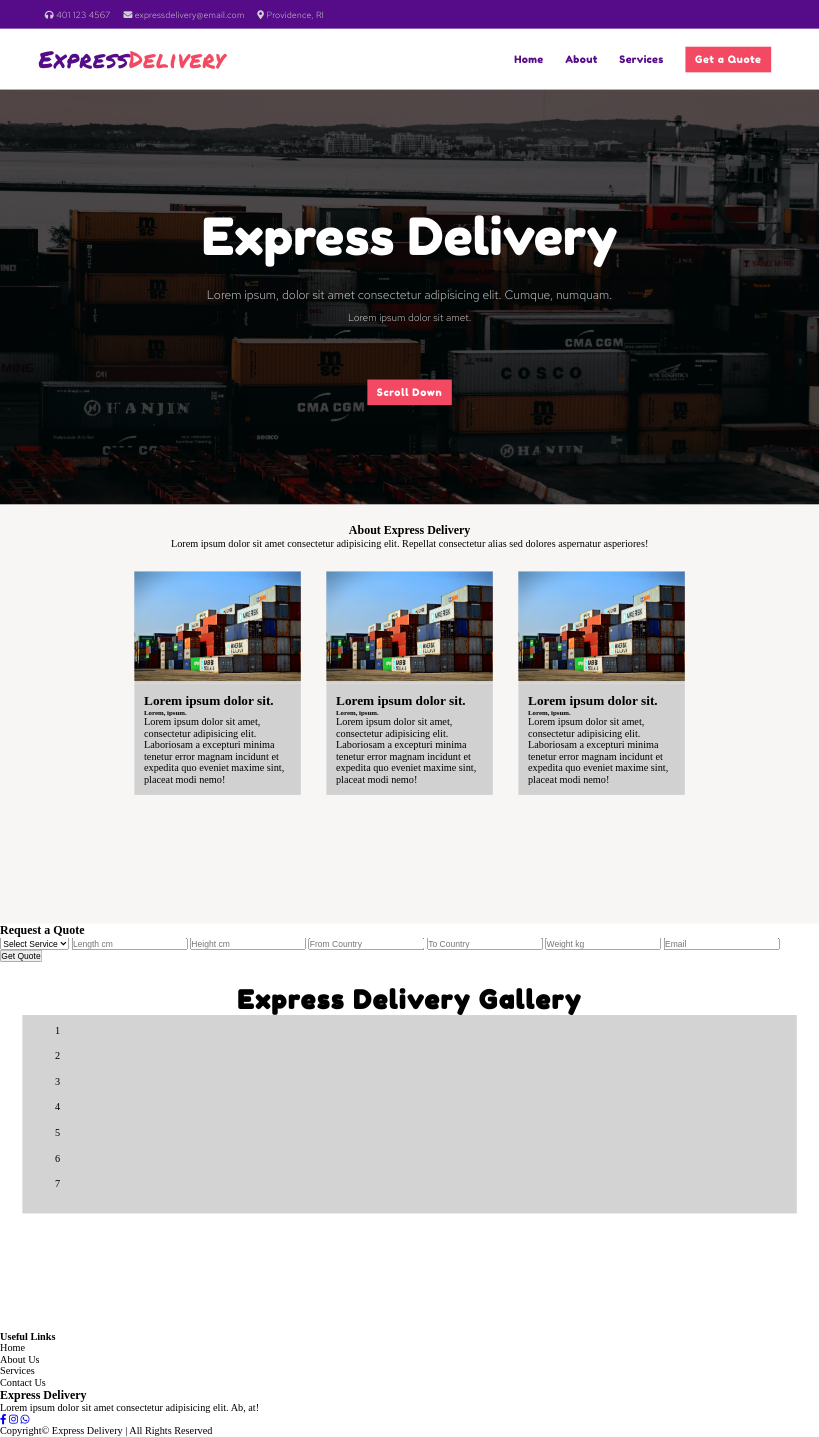
Repository: just-mann/express-delivery
Page: index.html
An editor plug-in stored every save of this project. The page is shown before and after the next save, followed by the edit.
The browser window is 1280 px wide. The pictures show the whole page, at 64% of full size.
The style sheet was rebuilt from its Sass, Less or Tailwind sources for each picture, by a compiler version that may differ from the author's.

Above is the page before, as saved 2021-06-30 14:52:41.

### index.html
<!DOCTYPE html>
<html lang="en">
<head>
    <meta charset="UTF-8">
    <meta http-equiv="X-UA-Compatible" content="IE=edge">
    <meta name="viewport" content="width=device-width, initial-scale=1.0">
    <meta name="author" content="Justin Kollie">
    <meta name="description" content="Reliable shipping solutions across the U.S.">
    <link rel="stylesheet" href="/css/style.css">
    <link rel="stylesheet" href="https://cdnjs.cloudflare.com/ajax/libs/font-awesome/5.15.3/css/all.min.css" referrerpolicy="no-referrer" />
    <title>Express Delivery | Your trusted delivery system</title>
</head>
<body id="top">
    <header>
        <div class="top-section">
            <p><i class="fas fa-headphones"></i> 401 123 4567</p>
            <p class="emailAdd"><i class="fas fa-envelope"></i> expressdelivery@email.com</p>
            <p><i class="fas fa-map-marker-alt"></i> Providence, RI</p>
        </div>
        <nav>
            <a href="#" class="logo"><span>Express</span>Delivery</a>
            <div class="nav__links">
                <a href="#">Home</a>
                <a href="#">About</a>
                <a href="#">Services</a>
                <a class="quoteGet" href="#contact-us">Get a Quote</a>
            </div>
        </nav>
        <section class="hero__div">
            <div class="hero__section">
                <div class="hero__overlay">
                    <h2>Express Delivery</h2>
                    <p class="firstPara">Lorem ipsum, dolor sit amet consectetur adipisicing elit. Cumque, numquam.</p>
                    <p class="secondPara">Lorem ipsum dolor sit amet.</p>
                    <a href="#aboutUs">Scroll Down</a>
                </div>
            </div>
        </section>
    </header>
    <section class="product__description">

    </section>
    <section class="aboutUs" id="aboutUs">
        <h3>About Express Delivery</h3>
        <p>
            Lorem ipsum dolor sit amet consectetur adipisicing elit.
            Repellat consectetur alias sed dolores aspernatur asperiores!
        </p>
        <div class="about__card-div">
            <div class="card">
                <div class="imgDiv">
                    <img src="/images/container_ship.jpg" alt="card1">
                </div>
                <div>
                    <h4>Lorem ipsum dolor sit.</h4>
                    <h6>Lorem, ipsum.</h6>
                    <p>
                        Lorem ipsum dolor sit amet, consectetur adipisicing elit.
                        Laboriosam a excepturi minima tenetur error magnam incidunt
                        et expedita quo eveniet maxime sint, placeat modi nemo!
                    </p>
                </div>
            </div>
            <div class="card">
                <div class="imgDiv">
                    <img src="/images/container_ship.jpg" alt="card1">
                </div>
                <div>
                    <h4>Lorem ipsum dolor sit.</h4>
                    <h6>Lorem, ipsum.</h6>
                    <p>
                        Lorem ipsum dolor sit amet, consectetur adipisicing elit.
                        Laboriosam a excepturi minima tenetur error magnam incidunt
                        et expedita quo eveniet maxime sint, placeat modi nemo!
                    </p>
                </div>
            </div>
            <div class="card">
                <div class="imgDiv">
                    <img src="/images/container_ship.jpg" alt="card1">
                </div>
                <div>
                    <h4>Lorem ipsum dolor sit.</h4>
                    <h6>Lorem, ipsum.</h6>
                    <p>
                        Lorem ipsum dolor sit amet, consectetur adipisicing elit.
                        Laboriosam a excepturi minima tenetur error magnam incidunt
                        et expedita quo eveniet maxime sint, placeat modi nemo!
                    </p>
                </div>
            </div>
        </div>
    </section>
    <section class="contact" id="contact-us">
        <h3>Request a Quote</h3>
        <form action="">
            <select name="services" id="services">
                <option>Select Service</option>
                <option value="service1">Service 1</option>
                <option value="service2">Service 2</option>
                <option value="service3">Service 3</option>
                <option value="service4">Service 4</option>
            </select>
            <input type="text" placeholder="Length cm">
            <input type="text" placeholder="Height cm">
            <input type="text" name="country-from" id="country-from" placeholder="From Country">
            <input type="text" name="country-to" id="country-to" placeholder="To Country">
            <input type="text" name="weight" id="weight" placeholder="Weight kg">
            <input type="email" name="email" id="email" placeholder="Email">
            <input type="submit" value="Get Quote">
        </form>
    </section>
    <section class="gallery">
        <h3>Express Delivery Gallery</h3>
        <div class="gallery__div">
            <div>1</div>
            <div>2</div>
            <div>3</div>
            <div>4</div>
            <div>5</div>
            <div>6</div>
            <div>7</div>
        </div>
    </section>
    <footer class="footer">
        <section class="footer__top">
            <div class="usefulLinks">
                <h4>Useful Links</h4>
                <li>Home</li>
                <li>About Us</li>
                <li>Services</li>
                <li>Contact Us</li>
            </div>
            <div>
                <h3>Express Delivery</h3>
                <p>
                    Lorem ipsum dolor sit amet consectetur adipisicing elit. Ab, at!
                </p>
                <div class="social__links">
                    <a href="#"><i class="fab fa-facebook-f"></i></a>
                    <a href="#"><i class="fab fa-instagram"></i></a>
                    <a href="#"><i class="fab fa-whatsapp"></i></a>
                </div>
            </div>
        </section>
        <section class="footer__bottom">
            <p>Copyright&copy Express Delivery | All Rights Reserved</p>
        </section>
    </footer>
</body>
</html>

### Sass/style.scss
@import 'reset';
@import 'default__styles';
@import 'mixins';

body {
    position: relative;
}


header {
    .top-section {
        background: $secondary__color;
        color: $light__white;
        display: flex;
        justify-content: flex-start;
        align-items: center;
        // padding: 15px 0px;
        @include my_container;
        height: 45px;

        p {
            font-family: $third__font;
            font-size: 0.87rem;
            color: $dark__white;
            letter-spacing: 0.3px;
            margin: 0 10px;

            .emailAdd {
                border-left: 1px solid red;
                border-right: 1px solid red;
            }

            i {
                transition: 0.7s;
            }



            &:hover {
                i {
                    color: $primary__color;
                }
            }
        }
    }

    nav {
        // position: sticky;
        // top: 0;
        // left: 0;
        @include my_container;
        width: 100%;
        height: 95px;
        // padding: 0px 35px;
        background: $light__white;
        display: flex;
        justify-content: space-between;
        align-items: center;

        .logo {
            font-size: 2.3rem;
            color: $primary__color;
            font-weight: 450;
            letter-spacing: 1px;
            font-family: $primary__font;
            span {
                color: $secondary__color;
            }
        }

        .nav__links {
            a {
                color: $secondary__color;
                font-size: 1rem;
                margin: 0 15px;
                transition: 0.5s;
                font-family: $secondary__font;
                font-weight: 150;
                letter-spacing: 0.5px;

                &:hover {
                    color: $primary__color;
                }

            }

            .quoteGet {
                @include btn_style;
            }
        }
    }

    .hero__div {
        height: 90vh;
        z-index: 0;
        .hero__section {
            width: 100%;
            height: 100%;
            display: flex;
            justify-content: center;
            align-items: center;
            background: url('/images/heroImg.jpg') no-repeat center center / cover;

            .hero__overlay {
                // display: none;
                background: rgba(0, 0, 0, 0.678);
                height: 100%;
                width: 100%;
                display: flex;
                align-items: center;
                justify-content: center;
                flex-direction: column;
                color: $light__white;
                text-align: center;

                h2 {
                    font-size: 5rem;
                    margin-top: 30px;
                    font-family: $secondary__font;
                    font-weight: 90;
                }

                .firstPara {
                    font-family: $third__font;
                    font-size: 1.2rem;
                    font-weight: 300;
                    line-height: 1.4em;
                    margin: 30px 0px 6px 0px;
                    color: $dark__white;
                }
                .secondPara {
                    font-family: $third__font;
                    font-size: 1rem;
                    font-weight: 300;
                    line-height: 1.4em;
                    margin: 5px 0px;
                    color: $dark__white;
                }

                a {
                    @include btn_style;
                    margin: 80px 0px 5px 0px;
                }
            }
        }
    }
}





// About Us
.aboutUs {
    // @include my_container;
    max-width: 100%;
    min-height: 50vh;
    text-align: center;
    margin: 0px auto;
    padding-top: 30px;
    padding-bottom: 15px;
    background: rgb(248, 245, 245);

    h3 {

    }

    p {

    }

    .about__card-div {
        // background: yellow;
        max-width: 100%;
        margin: 0 auto;
        padding: 25px;
        display: grid;
        justify-content: center;
        align-items: center;
        grid-template-columns: repeat(3, 300px);

        .card {
            min-height: 500px;
            margin: 10px 20px;
            text-align: center;
            &:hover {
                // @include divShadow;
            }

            .imgDiv {
                min-height: 30%;
                padding: 0px;
            }

            img {
                width: 100%;
                min-height: 100%;
                object-fit: cover;
            }

            div {
                padding: 15px;
                margin: 0 auto;
                text-align: left;
                background: $dark__white;

                h4 {
                    font-size: 1.3rem;
                }

                h6 {

                }

                p {

                }
            }
        }
    }
}

.gallery {
    padding: 35px;
    height: 80vh;

    h3 {
        font-family: $secondary__font;
        font-size: 2.5rem;
        text-align: center;
        letter-spacing: 2.5px;
    }

    .gallery__div {
        background: lightgray;
        padding: 15px 35px;
        text-align: center;

        div {
            width: 40px;
            height: 40px;
        }
    }
}

### Sass/default__styles.scss
// Google Fonts
@import url('https://fonts.googleapis.com/css2?family=Abel&family=Dancing+Script:wght@300&family=Fredoka+One&family=Permanent+Marker&family=Red+Hat+Text:wght@300&family=Roboto:wght@100&family=Sacramento&display=swap');



// Styles for items like buttons, links, lists, and colors, fonts, etc..

// Variables
$primary__color: #F34963;
$secondary__color: #560c88;
$light__white: #ffffff;
$dark__white: #d1d1d1;
$primary__font: 'Permanent Marker', cursive;
$secondary__font: 'Fredoka One', cursive;
$third__font: 'Red Hat Text', sans-serif;








html {
    scroll-behavior: smooth;
}

a {
    text-decoration: none;
}

ul, li {
    list-style: none;
}

### Sass/mixins.scss
// Button Mixin
@mixin btn_style {
    border: none;
    background: $primary__color;
    color: $light__white;
    padding: 10px 15px;
    font-family: $secondary__font;
    font-weight: 150;
    letter-spacing: 1px;

    &:hover {
        color: $light__white;
        cursor: pointer;
    }
}

@mixin divShadow {
    box-shadow: -1px -3px 46px 16px rgba(0,0,0,0.23);
        -webkit-box-shadow: -1px -3px 46px 16px rgba(0,0,0,0.23);
        -moz-box-shadow: -1px -3px 46px 16px rgba(0,0,0,0.23);
}

@mixin my_container {
    padding: 0px 60px;
}


// Grid Mixin
@mixin grid($cols, $mgn) {
    float: left;
    margin-left: $mgn;
    margin-bottom: $mgn;
    width: (100% - (($cols - 1) * $mgn)) / $cols;
    &:nth-child(#{$cols}n) {
        margin-right: 0;
    }
}

Loaded but not shown: Sass/reset.scss (common file)

After the next save:
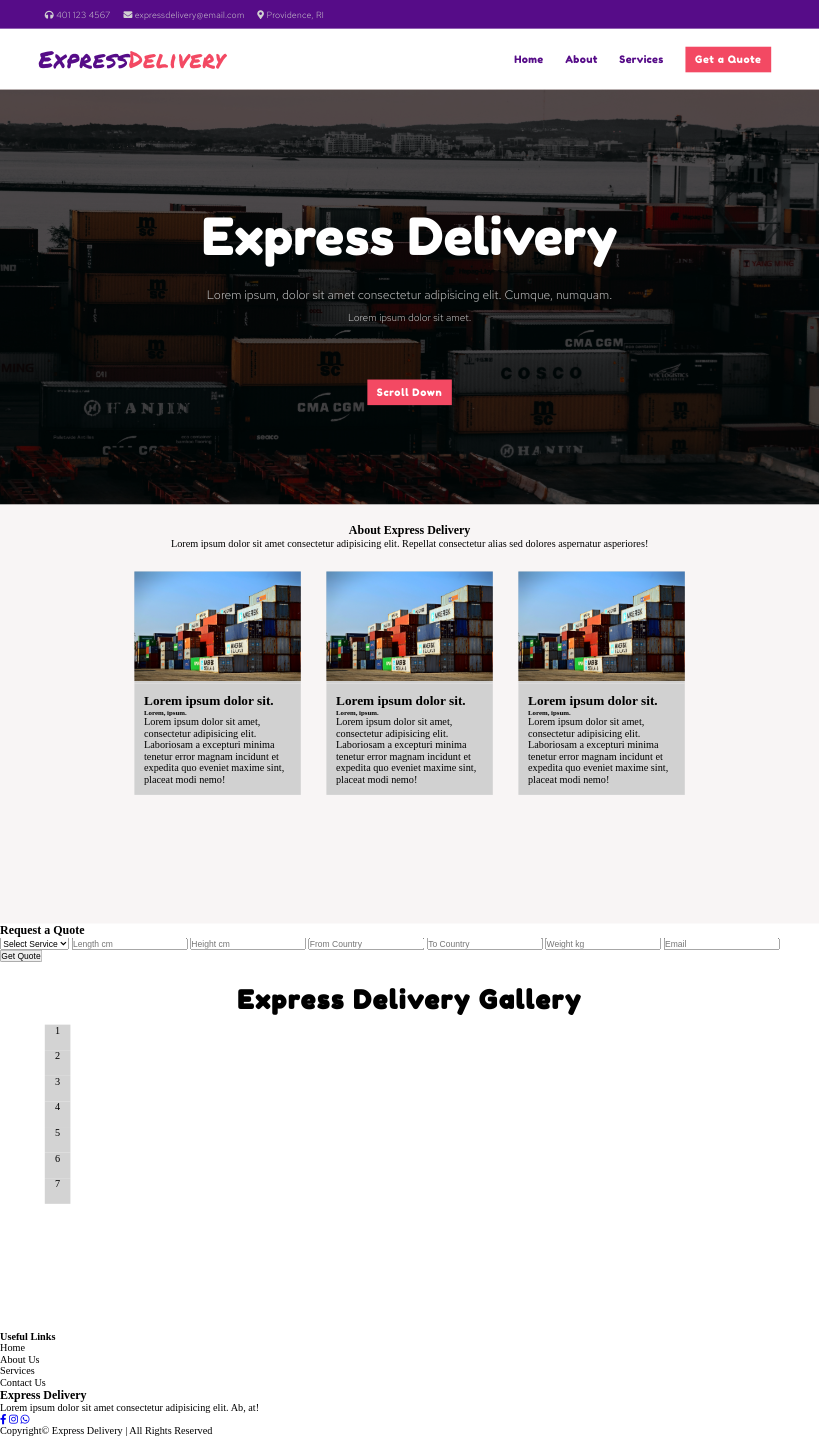
Saved 10 s later.
--- a/Sass/style.scss
+++ b/Sass/style.scss
@@ -232,11 +232,12 @@ header {
     }
 
     .gallery__div {
-        background: lightgray;
+
         padding: 15px 35px;
         text-align: center;
 
         div {
+            background: lightgray;
             width: 40px;
             height: 40px;
         }
